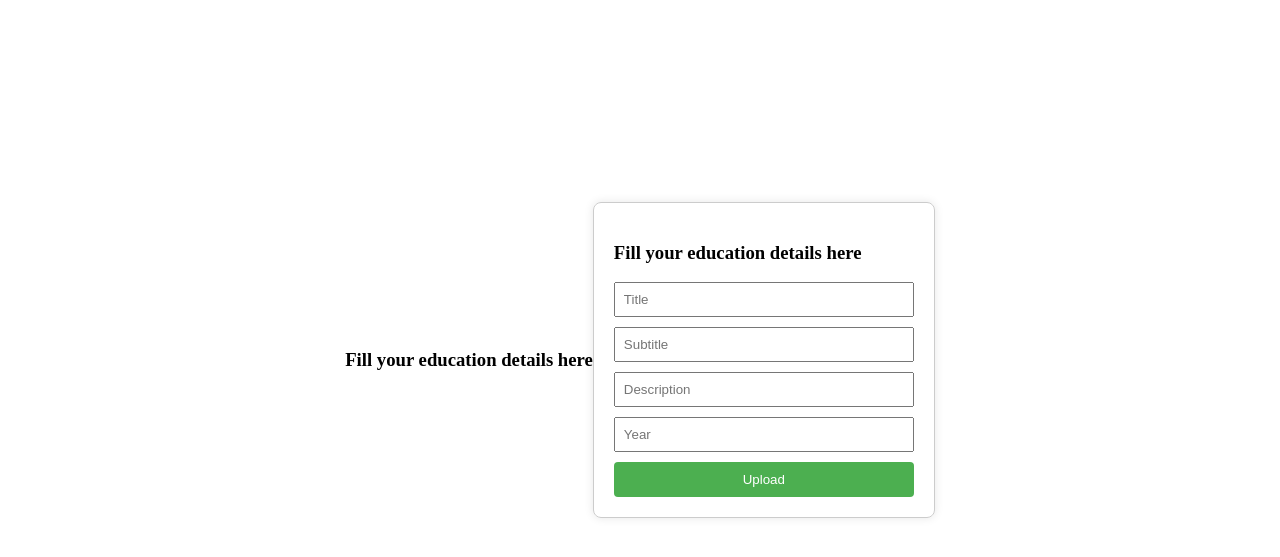
Repository: HAIDAR123654/CodeHuntMvcProject
Page: http://localhost/myportfolio/uploadedu.jsp
The author's editor kept a copy of each file at every save. The page is drawn from the files as they stood at one save, then again after the next save.
The browser window is 1280 px wide. The pictures show the whole page.
The page is served by Tomcat 9.

Above is the page before, as saved 2024-01-26 17:44:20.

After the next save:
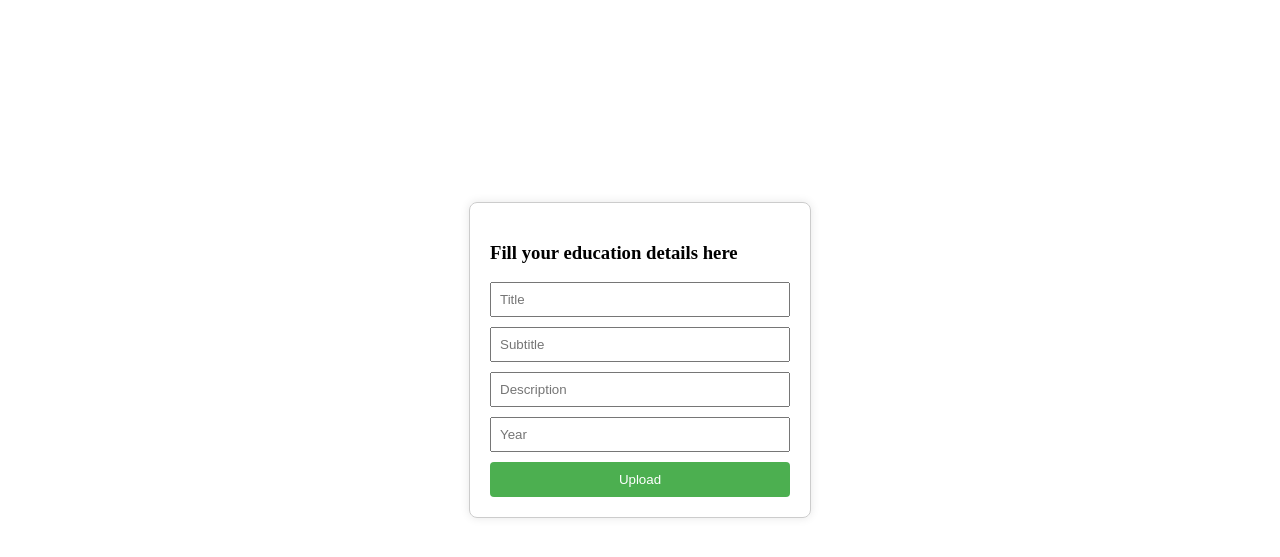
Saved 5 s later.
--- a/myportfolio/src/main/webapp/uploadedu.jsp
+++ b/myportfolio/src/main/webapp/uploadedu.jsp
@@ -47,9 +47,7 @@
 </head>
 <body>
     <%@include file="messageprint.jsp" %>
-    <header>
-        <h3>Fill your education details here</h3>
-    </header>
+
     <form action="Education" method="post">
      <h3>Fill your education details here</h3>
         <input type="text" name="title" placeholder="Title"/><br>

After the save that followed:
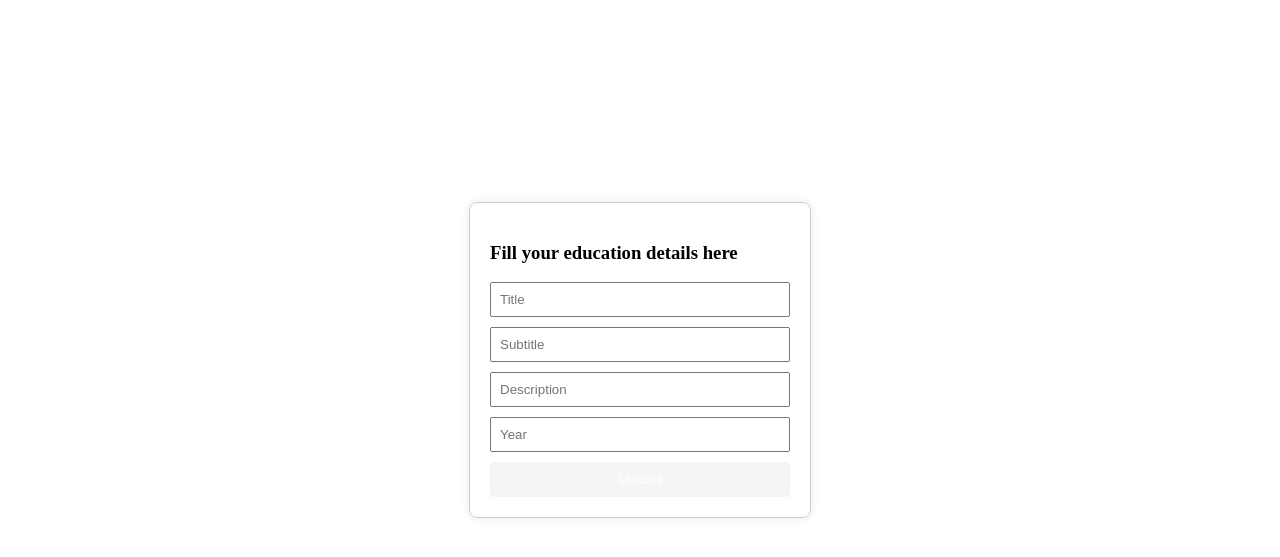
Saved 49 s later.
--- a/myportfolio/src/main/webapp/uploadedu.jsp
+++ b/myportfolio/src/main/webapp/uploadedu.jsp
@@ -33,7 +33,7 @@
         button {
             width: 100%;
             padding: 10px;
-            background-color: #4caf50;
+            background-color: #f5f5f5;
             color: #fff;
             border: none;
             border-radius: 4px;
